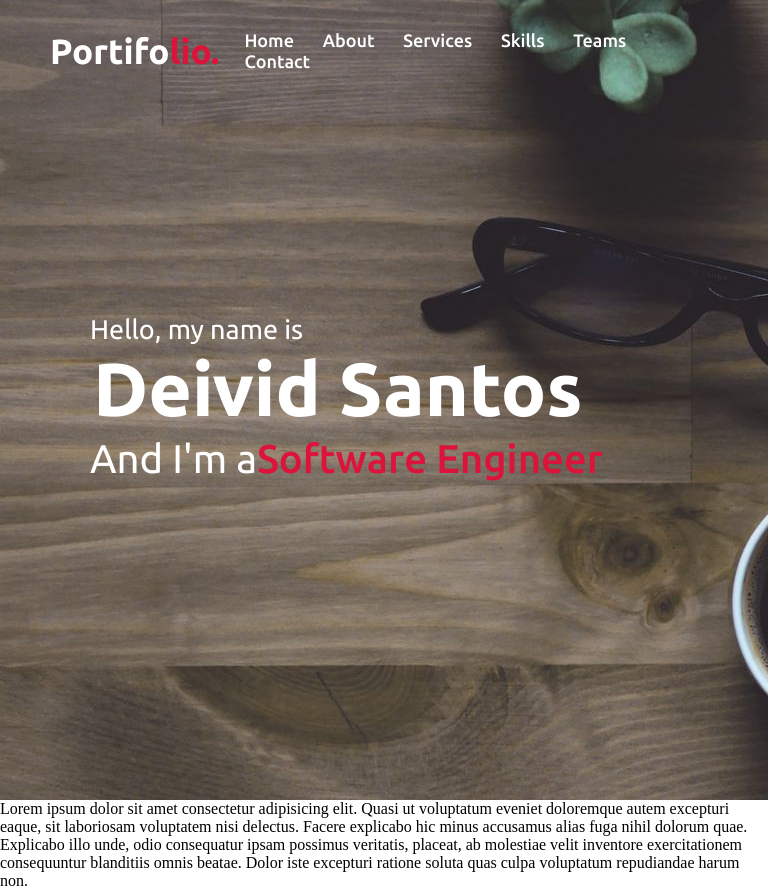
Repository: deividwsantoss/portfolio
Page: index.html
The author's editor kept a copy of each file at every save. The page is drawn from the files as they stood at one save, then again after the next save.
The browser window is 768 px wide. The pictures show the whole page.
Some web libraries are served in a nearby version.

Above is the page before, as saved 2021-03-01 21:12:09.

### index.html
<!DOCTYPE html>
<html lang="en">
    <head>
        <meta charset="UTF-8">
        <meta name="viewport" content="width=device-width, initial-scale=1.0">
       <title>Deivid Santos Portfolio</title>
        <link rel="stylesheet" href="/Content/style.css">
        <script src="https://kit.fontawesome.com/a076d05399.js"></script>
        <script  src="https://code.jquery.com/jquery-3.5.1.min.js"></script>
    </head>
<body>
    <nav class="navbar">
        <div class="max-width">
            <div class="logo"><a href="#">Portifo<span>lio.</span></a></div>
            <ul class="menu">
                <li><a href="#home" class="menu-btn">Home</a></li>
                <li><a href="#about" class="menu-btn">About</a></li>
                <li><a href="#services" class="menu-btn">Services</a></li>
                <li><a href="#skills" class="menu-btn">Skills</a></li>
                <li><a href="#teams" class="menu-btn">Teams</a></li>
                <li><a href="#contact" class="menu-btn">Contact</a></li>
            </ul>
            <div class="menu-btn">
                <i class="fas fa-bars"></i>
            </div>
        </div>
    </nav>

    <!-- Home Section Start -->
    <section class="home" id="home">
        <div class="max-width">
            <div class="home-content">
                <div class="text-1">Hello, my name is </div>
                <div class="text-2">Deivid Santos</div>
                <div class="text-3">And I'm a<span>Software Engineer</span></div>
            </div>
        </div>
    </section>

    <p>Lorem ipsum dolor sit amet consectetur adipisicing elit. Quasi ut voluptatum eveniet doloremque autem excepturi eaque,
        sit laboriosam voluptatem nisi delectus. Facere explicabo hic minus accusamus alias fuga nihil dolorum quae. Explicabo illo unde,
        odio consequatur ipsam possimus veritatis, placeat, ab molestiae velit inventore exercitationem consequuntur blanditiis omnis beatae.
        Dolor iste excepturi ratione soluta quas culpa voluptatum repudiandae harum non.</p>


    <script src="./Scripts/script.js"></script>
</body>
</html>

### Content/style.css
@import url('https://fonts.googleapis.com/css2?family=Poppins:wght@400;500;600;700&family=Ubuntu:wght@400;500;700&display=swap');

*{
    margin: 0;
    padding: 0;
    box-sizing: border-box;
    text-decoration: none;
}
/* Navbar styling */
.navbar{
    position: fixed;
    width: 100%;
    z-index: 999;
    padding: 30px 0;
    font-family: 'Ubuntu', sans-serif;
    transition: all 0.3s ease;
}
.navbar.sticky{
    padding: 15px 0;
    background: crimson;
}
.navbar .max-width{
    display: flex;
    align-items: center;
    justify-content: space-between;
}
.navbar .logo a{
    color: #fff;
    font-size: 35px;
    font-weight: 600;
}
.navbar .logo a span{
    color: crimson;
    transition: all 0.3s ease;
}
.navbar.sticky .logo a span{
    color: #fff;
}
.navbar .menu li{
    list-style: none;
    display: inline-block;
}
.navbar .menu li a{
    display: block;
    color: #fff;
    font-size: 18px;
    font-weight: 500;
    margin-left: 25px;
    transition: color 0.3s ease;
}
.navbar .menu li a:hover{
    color: crimson;
}
.navbar.sticky .menu li a:hover{
    color: #fff;
}

/* menu btn styling */
.menu-btn{
    color: #fff;
    font-size: 23px;
    cursor: pointer;
    display: none;

}

/* Home Section Styling */

.home{
    display: flex;
    background: url("/images/banner.jpg") no-repeat center;
    height: 100vh;
    color: #fff;
    min-height: 500px;
    font-family: 'Ubuntu', sans-serif;
}
.home .max-width{
    margin: auto 0 auto 40px;
}
.home .home-content .text-1{

    font-size: 27px;
}
.home .home-content .text-2{

    font-size:  75px;
    font-weight: 600;
    margin-left: 3px;
}
.home .home-content .text-3{

    font-size:  40px;
    margin: 5px 0;
}
.home .home-content .text-3 span{

   color: crimson;
   font-weight: 500;

}

/* Responsive media query start */

@media (max-width:991px){
    .max-width{

        padding: 0 50px;

    }

}

### Scripts/script.js
$(document).ready(function(){
    $(window).scroll(function(){
        if(this.scrollY> 20){
            $('navbar').addClass("sticky");
        }else{
            $('navbar').removeClass("sticky")
        }
    })
});

After the next save:
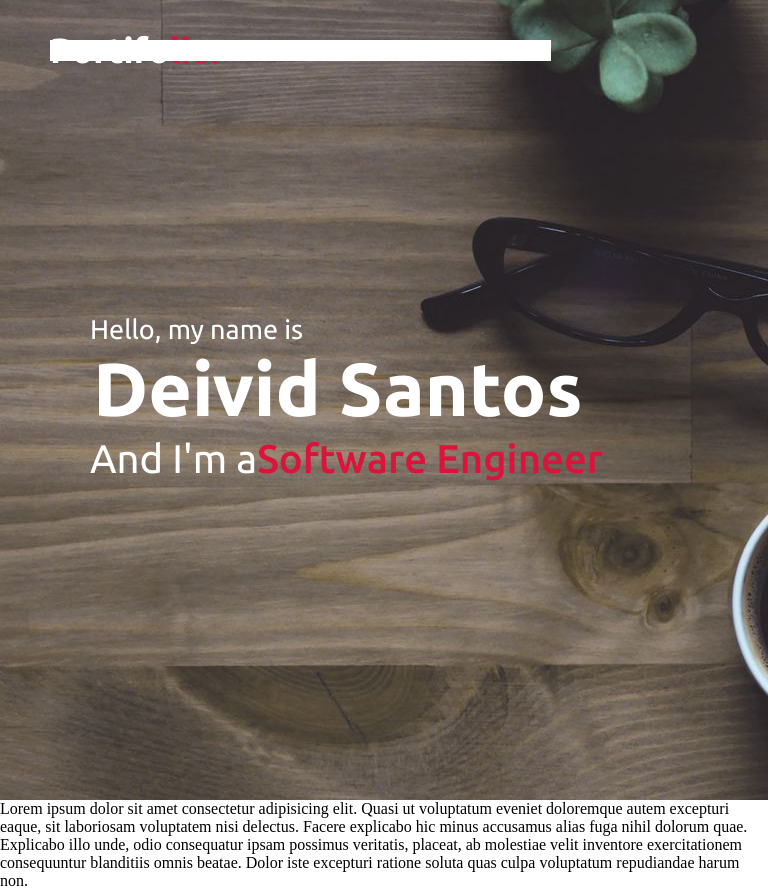
Saved 62 s later.
--- a/Content/style.css
+++ b/Content/style.css
@@ -105,6 +105,10 @@
     .max-width{
 
         padding: 0 50px;
+    }
+    .navbar .menu {
+        position: fixed;
+        background:#fff;
 
     }
 
